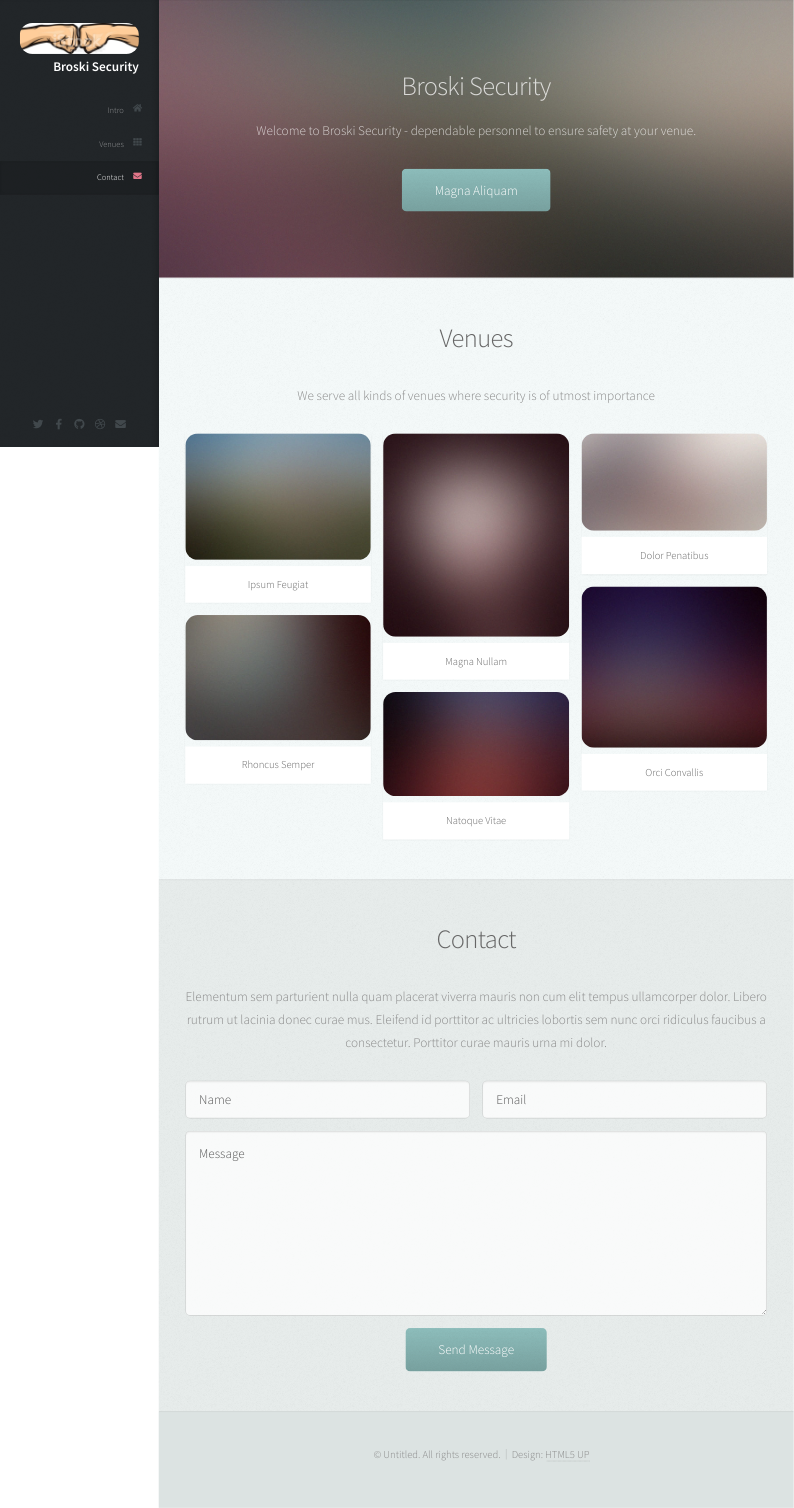
Repository: fiedore/fiedore.github.io
Page: index.html
The author's editor kept a copy of each file at every save. The page is drawn from the files as they stood at one save, then again after the next save.
The browser window is 1280 px wide. The pictures show the whole page, at 62% of full size.

Above is the page before, as saved 2025-06-03 00:27:50.

### index.html
<!DOCTYPE HTML>
<!--
	Prologue by HTML5 UP
	html5up.net | @ajlkn
	Free for personal and commercial use under the CCA 3.0 license (html5up.net/license)
-->
<html>
	<head>
		<title>Prologue by HTML5 UP</title>
		<meta charset="utf-8" />
		<meta name="viewport" content="width=device-width, initial-scale=1, user-scalable=no" />
		<link rel="stylesheet" href="assets/css/main.css" />
	</head>
	<body class="is-preload">

		<!-- Header -->
			<div id="header">

				<div class="top">

					<!-- Logo -->
						<div id="logo">
							<span class="image"><img src="images/broski_logo.jpg" alt="" /></span>
							<h1 id="title">Broski Security</h1>
						</div>

					<!-- Nav -->
						<nav id="nav">
							<ul>
								<li><a href="#top" id="top-link"><span class="icon solid fa-home">Intro</span></a></li>
								<li><a href="#venues" id="venues-link"><span class="icon solid fa-th">Venues</span></a></li>
								<!-- <li><a href="#about" id="about-link"><span class="icon solid fa-user">About Me</span></a></li> -->
								<li><a href="#contact" id="contact-link"><span class="icon solid fa-envelope">Contact</span></a></li>
							</ul>
						</nav>

				</div>

				<div class="bottom">

					<!-- Social Icons -->
						<ul class="icons">
							<li><a href="#" class="icon brands fa-twitter"><span class="label">Twitter</span></a></li>
							<li><a href="#" class="icon brands fa-facebook-f"><span class="label">Facebook</span></a></li>
							<li><a href="#" class="icon brands fa-github"><span class="label">Github</span></a></li>
							<li><a href="#" class="icon brands fa-dribbble"><span class="label">Dribbble</span></a></li>
							<li><a href="#" class="icon solid fa-envelope"><span class="label">Email</span></a></li>
						</ul>

				</div>

			</div>

		<!-- Main -->
			<div id="main">

				<!-- Intro -->
					<section id="top" class="one dark cover">
						<div class="container">

							<header>
								<h2 class="alt">Broski Security</h2>
								<p>Welcome to Broski Security - dependable personnel to ensure safety at your venue.</p>
							</header>

							<footer>
								<a href="#venues" class="button scrolly">Magna Aliquam</a>
							</footer>

						</div>
					</section>

				<!-- Venues -->
					<section id="venues" class="two">
						<div class="container">

							<header>
								<h2>Venues</h2>
							</header>

							<p>We serve all kinds of venues where security is of utmost importance</p>

							<div class="row">
								<div class="col-4 col-12-mobile">
									<article class="item">
										<a href="#" class="image fit"><img src="images/pic02.jpg" alt="" /></a>
										<header>
											<h3>Ipsum Feugiat</h3>
										</header>
									</article>
									<article class="item">
										<a href="#" class="image fit"><img src="images/pic03.jpg" alt="" /></a>
										<header>
											<h3>Rhoncus Semper</h3>
										</header>
									</article>
								</div>
								<div class="col-4 col-12-mobile">
									<article class="item">
										<a href="#" class="image fit"><img src="images/pic04.jpg" alt="" /></a>
										<header>
											<h3>Magna Nullam</h3>
										</header>
									</article>
									<article class="item">
										<a href="#" class="image fit"><img src="images/pic05.jpg" alt="" /></a>
										<header>
											<h3>Natoque Vitae</h3>
										</header>
									</article>
								</div>
								<div class="col-4 col-12-mobile">
									<article class="item">
										<a href="#" class="image fit"><img src="images/pic06.jpg" alt="" /></a>
										<header>
											<h3>Dolor Penatibus</h3>
										</header>
									</article>
									<article class="item">
										<a href="#" class="image fit"><img src="images/pic07.jpg" alt="" /></a>
										<header>
											<h3>Orci Convallis</h3>
										</header>
									</article>
								</div>
							</div>

						</div>
					</section>

				<!-- About Me -->
					<!-- <section id="about" class="three">
						<div class="container">

							<header>
								<h2>About Me</h2>
							</header>

							<a href="#" class="image featured"><img src="images/pic08.jpg" alt="" /></a>

							<p>Tincidunt eu elit diam magnis pretium accumsan etiam id urna. Ridiculus
							ultricies curae quis et rhoncus velit. Lobortis elementum aliquet nec vitae
							laoreet eget cubilia quam non etiam odio tincidunt montes. Elementum sem
							parturient nulla quam placerat viverra mauris non cum elit tempus ullamcorper
							dolor. Libero rutrum ut lacinia donec curae mus vel quisque sociis nec
							ornare iaculis.</p>

						</div>
					</section> -->

				<!-- Contact -->
					<section id="contact" class="four">
						<div class="container">

							<header>
								<h2>Contact</h2>
							</header>

							<p>Elementum sem parturient nulla quam placerat viverra
							mauris non cum elit tempus ullamcorper dolor. Libero rutrum ut lacinia
							donec curae mus. Eleifend id porttitor ac ultricies lobortis sem nunc
							orci ridiculus faucibus a consectetur. Porttitor curae mauris urna mi dolor.</p>

							<form method="post" action="#">
								<div class="row">
									<div class="col-6 col-12-mobile"><input type="text" name="name" placeholder="Name" /></div>
									<div class="col-6 col-12-mobile"><input type="text" name="email" placeholder="Email" /></div>
									<div class="col-12">
										<textarea name="message" placeholder="Message"></textarea>
									</div>
									<div class="col-12">
										<input type="submit" value="Send Message" />
									</div>
								</div>
							</form>

						</div>
					</section>

			</div>

		<!-- Footer -->
			<div id="footer">

				<!-- Copyright -->
					<ul class="copyright">
						<li>&copy; Untitled. All rights reserved.</li><li>Design: <a href="http://html5up.net">HTML5 UP</a></li>
					</ul>

			</div>

		<!-- Scripts -->
			<script src="assets/js/jquery.min.js"></script>
			<script src="assets/js/jquery.scrolly.min.js"></script>
			<script src="assets/js/jquery.scrollex.min.js"></script>
			<script src="assets/js/browser.min.js"></script>
			<script src="assets/js/breakpoints.min.js"></script>
			<script src="assets/js/util.js"></script>
			<script src="assets/js/main.js"></script>

	</body>
</html>

Loaded but not shown: assets/css/fontawesome-all.min.css (library); assets/js/jquery.min.js (library); assets/js/jquery.scrolly.min.js (common file); assets/js/jquery.scrollex.min.js (common file); assets/js/browser.min.js (common file); assets/js/breakpoints.min.js (common file); assets/js/util.js (587 lines, source omitted); assets/js/main.js (123 lines, source omitted); assets/css/main.css (2636 lines, source omitted)

After the next save:
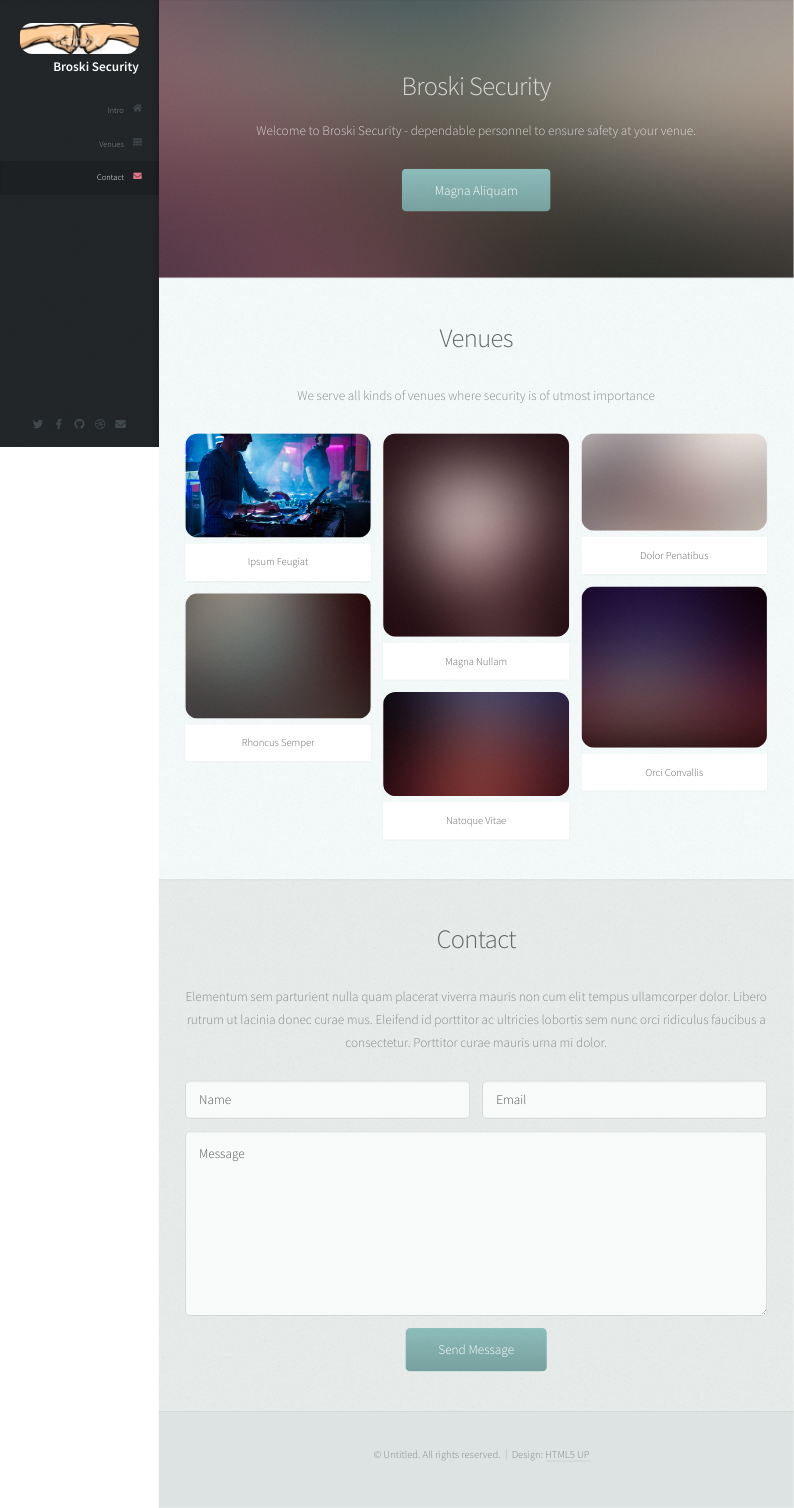
Saved 8 s later.
--- a/index.html
+++ b/index.html
@@ -83,7 +83,7 @@
 							<div class="row">
 								<div class="col-4 col-12-mobile">
 									<article class="item">
-										<a href="#" class="image fit"><img src="images/pic02.jpg" alt="" /></a>
+										<a href="#" class="image fit"><img src="images/nightclub.jpg" alt="" /></a>
 										<header>
 											<h3>Ipsum Feugiat</h3>
 										</header>
